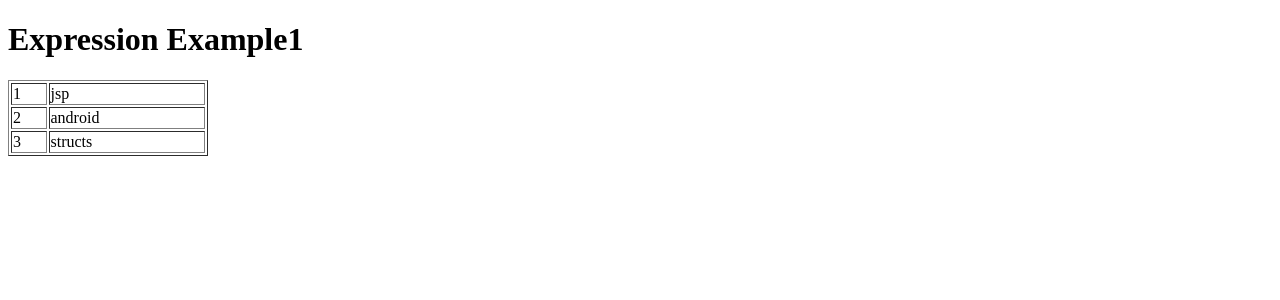
Repository: suji3kr/JSP_data
Page: http://localhost/studyJSP/expression1.jsp
An editor plug-in stored every save of this project. The page is shown before and after a run of saves, followed by the edit.
The browser window is 1280 px wide. The pictures show the whole page.
The page is served by Tomcat 10. Other server files are loaded and not shown.

Above is the page before, as saved 2024-11-11 04:09:41.

### studyJSP/src/main/webapp/expression1.jsp
<%@ page language="java" contentType="text/html; charset=UTF-8"
    pageEncoding="UTF-8"%>
<!DOCTYPE html>
<html>
<head>
<meta charset="UTF-8">
<title>Expression Example1</title>
</head>
<body>
<h1>Expression Example1</h1>
<%!

	String name[]= {"java","jsp","android", "structs"};

%>

<table border ="1" width="200">
<% for(int i =1; i<name.length;i++){%>
	<tr>
	<td><%=i%></td><td><%=name[i]%></td>
	</tr>
<%}%>

</table>
</body>
</html>

After the next 2 saves:
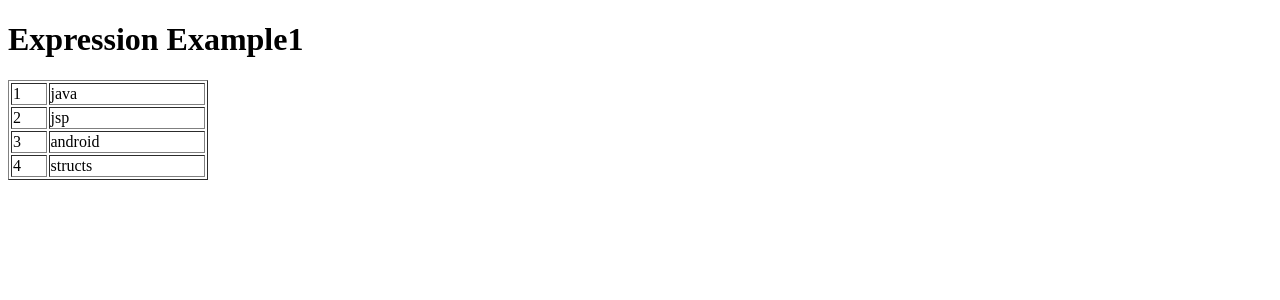
The 2 saves are shown as one change because 1 did not build or start.
The last was saved 39 s later.
--- a/studyJSP/src/main/webapp/expression1.jsp
+++ b/studyJSP/src/main/webapp/expression1.jsp
@@ -10,7 +10,7 @@
 <h1>Expression Example1</h1>
 <%!
 
-	String name[]= {"java","jsp","android", "structs"};
+	String name[]= {" ", "java","jsp","android", "structs"};
 
 %>
 
